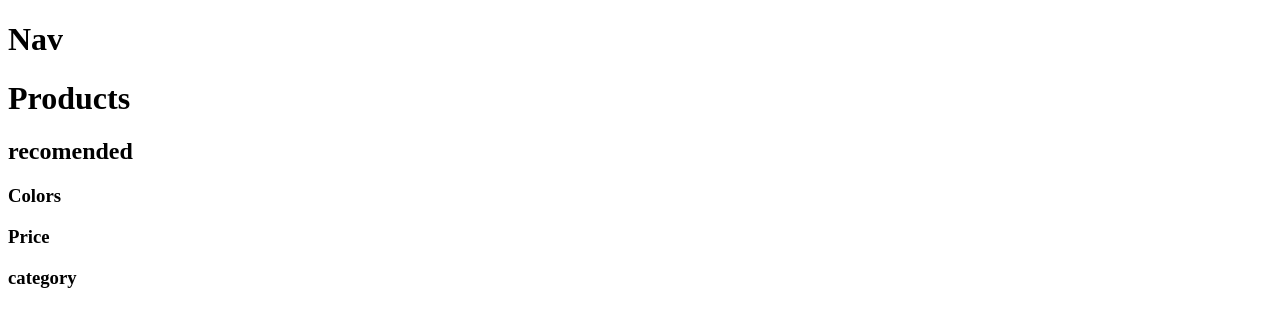
Repository: Mohankrishna1201/final_products_list
Page: /
An editor plug-in stored every save of this project. The page is shown before and after the next save, followed by the edit.
The browser window is 1280 px wide. The pictures show the whole page.
The project was rebuilt for these pictures with package versions that can differ from the ones it lists, and the page was loaded fresh each time.

Above is the page before, as saved 2023-11-01 10:47:25.

After the next save:
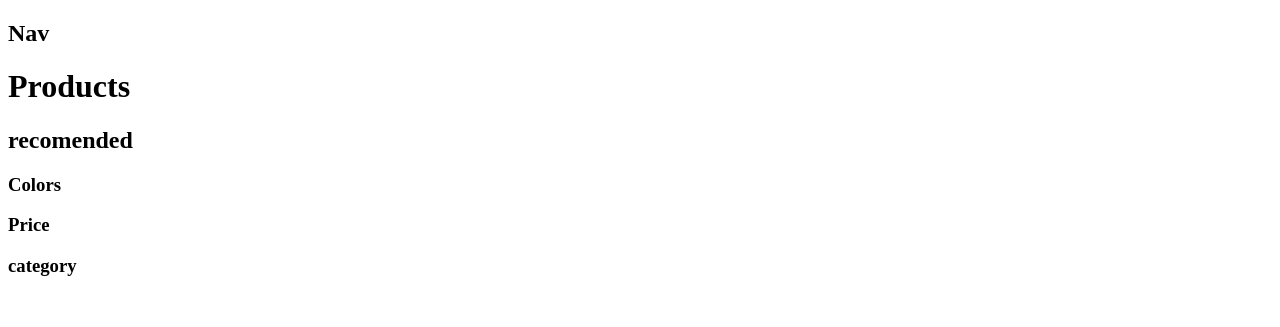
Saved 11 min 17 s later.
--- a/src/Nav/NavBar.js
+++ b/src/Nav/NavBar.js
@@ -1,9 +1,11 @@
 import React from 'react'
 
-export default function NavBar() {
+function NavBar() {
     return (
-        <div>
+        <nav>
             <h1>Nav</h1>
-        </div>
+        </nav>
     )
 }
+
+export default NavBar;
